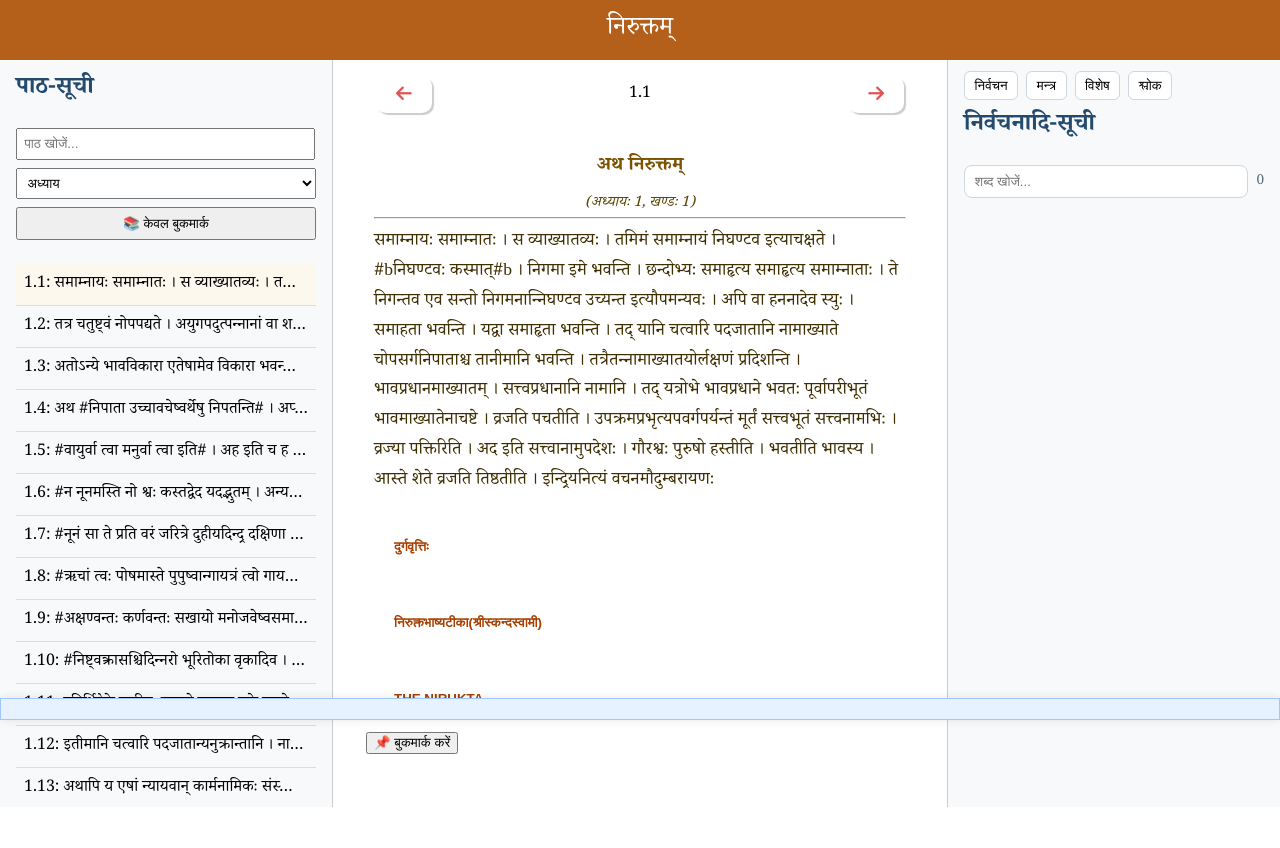
Repository: sanskritsphere/Niruktam
Page: index.html
The author's editor kept a copy of each file at every save. The page is drawn from the files as they stood at one save, then again after the next save.
The browser window is 1280 px wide. The pictures show the whole page.
Some web fonts or font styles are not loaded; a fallback is used.

Above is the page before, as saved 2025-12-04 10:40:43.

### index.html
<!DOCTYPE html>
<html lang="sa">
<head>
  <meta charset="UTF-8">
  <meta name="viewport" content="width=device-width, initial-scale=1.0">
  <title>निरुक्तम्(1.1)</title>
  <link rel="stylesheet" type="text/css" href="style.css">
  <link rel="stylesheet" href="https://cdnjs.cloudflare.com/ajax/libs/font-awesome/6.5.0/css/all.min.css">
  <link href="https://fonts.googleapis.com/css2?family=Noto+Serif+Devanagari&family=Mukta&family=Tiro+Devanagari+Sanskrit&display=swap" rel="stylesheet">
  </head>
<body>
  <div class="loader" id="loader"></div>
  <div id="header">
    <span>निरुक्तम्</span>
  </div>
  <button class="menu-toggle" onclick="toggleSidebar()">☰</button>

  <aside id="sidebar">
    <h2>पाठ-सूची</h2>
    <input id="searchInput" oninput="leftSearch()" type="text" placeholder="पाठ खोजें...">
    <select id="filterAdhyay" name="selector"><option value=""></option></select>
    <button id="filterBookmarked">📚 केवल बुकमार्क</button>
       <ul id="sutraList"></ul>
  </aside>


  <div id="tipsBox"></div>
  <main onclick="toggleSidebar(true)">
    <div id="sutraContent"></div>
  </main>

   <aside id="markSidebar">
  <h2>निर्वचनादि-सूची</h2>

  <div class="markSearch">
    <input id="markSearchInput" type="search" placeholder="शब्द खोजें..." />
    <span id="markSearchCount"></span>
  </div>

  <ul id="markList"></ul>
</aside>


 <script src="script.js" defer></script>
</body>
</html>

### script.js
// =============== STATE ===============
let data = [];
let currentIndex = 0;
let listElements = [];

const TAGS = [
  { key: '#b', label: 'निर्वचन' },  // #b(.*?)b#
  { key: '#m', label: 'मन्त्र' },   // #m(.*?)m#
  { key: '#v', label: 'विशेष' }, // #v(.*?)v#
  { key: '#s', label: 'श्लोक'}   // #s(.*?)s#
];

const termsByTag = {};               // { b:[], m:[], v:[] }
TAGS.forEach(t => termsByTag[t.key] = []);

const bookmarked = new Set();
const doubts = JSON.parse(localStorage.getItem('doubts') || '[]');

const markState = { query: "", activeTag: 'b' };  // right sidebar
const leftSearchState = { q: "" };                // left sidebar search

// सिर्फ left-labels के लिए b...b unwrap (list label generate करते समय)
const MARK_RE_B = /b(.*?)b/g;


// =============== HELPERS ===============
function normalizeNFC(s){ return (s || "").normalize("NFC"); }

function escapeHTML(s=""){
  return s.replace(/[&<>"']/g, c => ({
    '&':'&amp;','<':'&lt;','>':'&gt;','"':'&quot;',"'":'&#39;'
  }[c]));
}

function highlightLabel(label="", q=""){
  label = normalizeNFC(label);
  q = normalizeNFC(q);
  const safe = escapeHTML(label);
  if(!q) return safe;
  const re = new RegExp(q.replace(/[.*+?^${}()|[\]\\]/g, '\\$&'), 'gi');
  return safe.replace(re, m => `<span class="mark">${m}</span>`);
}

function debounce(fn, wait = 200){
  let t;
  return (...args) => { clearTimeout(t); t = setTimeout(() => fn(...args), wait); };
}

function highlightDoubts(text, doubtTexts) {
  if (!text) return '';
  let out = text;
  doubtTexts.forEach(doubt => {
    const q = normalizeNFC(doubt);
    if (!q) return;
    const re = new RegExp(`(${q.replace(/[.*+?^${}()|[\]\\]/g, '\\$&')})`, 'g');
    out = out.replace(re, '<span class="doubt-highlight">$1</span>');
  });
  return out;
}

/* ========= main content temporary highlight after click ========= */
function flashSearchInMain(query, duration = 1600){
  query = (query || "").trim();
  if (!query) return;
  const container = document.getElementById('sutraContent');
  if (!container) return;

  const qN = normalizeNFC(query).toLowerCase();

  // remove previous flashes
  container.querySelectorAll('.main-flash').forEach(span => {
    const text = document.createTextNode(span.textContent);
    const p = span.parentNode;
    if (p) p.replaceChild(text, span);
  });

  // walk text nodes and wrap matches
  const walker = document.createTreeWalker(container, NodeFilter.SHOW_TEXT, null);
  let node, firstSpan = null;

  const wrapMatchesInNode = (textNode) => {
    const original = textNode.nodeValue;
    const origN = normalizeNFC(original);
    const hay = origN.toLowerCase();

    let start = 0, idx = hay.indexOf(qN, start);
    if (idx === -1) return;

    const parent = textNode.parentNode;
    const frag = document.createDocumentFragment();
    let pos = 0;

    while (idx !== -1) {
      const absStart = idx;
      const absEnd = idx + qN.length;

      const before = original.slice(pos, absStart);
      const match  = original.slice(absStart, absEnd);

      if (before) frag.appendChild(document.createTextNode(before));

      const span = document.createElement('span');
      span.className = 'main-flash';
      span.textContent = match;
      frag.appendChild(span);
      if (!firstSpan) firstSpan = span;

      pos = absEnd;
      start = absEnd;
      idx = hay.indexOf(qN, start);
    }
    const after = original.slice(pos);
    if (after) frag.appendChild(document.createTextNode(after));

    parent.replaceChild(frag, textNode);
  };

  while ((node = walker.nextNode())) {
    if (!node.parentElement) continue;
    const tag = node.parentElement.tagName;
    if (tag === 'SCRIPT' || tag === 'STYLE') continue;
    wrapMatchesInNode(node);
  }

  if (firstSpan) {
    firstSpan.scrollIntoView({ behavior: 'smooth', block: 'center' });
  }

  setTimeout(() => {
    container.querySelectorAll('.main-flash').forEach(span => {
      const text = document.createTextNode(span.textContent);
      const p = span.parentNode;
      if (p) p.replaceChild(text, span);
    });
  }, duration);
}
/* ========= /flash ========= */

/* ========= SINGLE-PASS tag collector: b/m/v/... =========
   किसी एक replace से सारे tags पकड़ो ताकि HTML inject होने के बाद regex न बिगड़े  */
function processAllTags(str, sutraIdx, field){
  let src = str || '';
  if (!src) return { html: '' };

  const keys = TAGS.map(t => t.key); // ['b','m','v','s']
  // match pattern: #b ... #b   OR  #m ... #m  etc.
  const re = new RegExp(`#(${keys.join("|")})([\\s\\S]*?)#\\1`, "g");

  const counters = Object.fromEntries(keys.map(k => [k, 0]));

  const html = src.replace(re, (m, tagKey, inner) => {
    const i = counters[tagKey]++;
    const id = `mark-${tagKey}-${sutraIdx}-${field}-${i}`;
    const label = (inner || '').trim();

    // collect into bucket
    termsByTag[tagKey].push({ id, label, sutraIdx, field, tag: tagKey });

    // make safe visible anchor
    return `<span class="mark-anchor tag-${tagKey}" id="${id}"><b>${escapeHTML(label)}</b></span>`;
  });

  return { html };
}



// =============== RENDER: MAIN PANEL ===============
function renderSutra(index) {
  const sutra = data[index];
  if (!sutra) return;

  const doubtTexts = doubts.filter(d => d.index === sutra.index).map(d => d.text);
  const container = document.getElementById('sutraContent');
  if (!container) return;

  container.innerHTML = `
    <div class="sutra">
      <div class="sutra-btn">
        <button onclick="navigate(-1)"><i class="fas fa-arrow-left"></i></button>
        <p>${sutra.index}</p>
        <button onclick="navigate(1)"><i class="fas fa-arrow-right"></i></button>
      </div>

      <div class="section"><strong>अथ निरुक्तम्</strong>
        <div class="meta">(अध्यायः ${sutra.adhyay}, खण्डः ${sutra.khand})</div><hr>
        ${highlightDoubts(sutra.text, doubtTexts)}
      </div>

      <div class="section">
        <button class="toggle-btn" onclick="toggleExclusive('durg')">दुर्गवृत्तिः</button>
        <div id="durg" class="toggle-content"><hr>${highlightDoubts(sutra.durg, doubtTexts)}</div>
      </div>
      <div class="section">
        <button class="toggle-btn" onclick="toggleExclusive('skand')">निरुक्तभाष्यटीका(श्रीस्कन्दस्वामी)</button>
        <div id="skand" class="toggle-content"><hr>${highlightDoubts(sutra.skand, doubtTexts)}</div>
      </div>
       <div class="section">
        <button class="toggle-btn" onclick="toggleExclusive('vivaran')">THE NIRUKTA</button>
        <div id="vivaran" class="toggle-content"><hr>${highlightDoubts(sutra.vivaran, doubtTexts)}</div>
      </div>
      <button class="add-remove-bookmark" onclick="toggleBookmark(${index})">
        ${bookmarked.has(index) ? '🔖 बुकमार्क हटाएं' : '📌 बुकमार्क करें'}
      </button>
      <br><br><br><br>
    </div>
  `;

  listElements.forEach((el, i) => {
    el.classList.toggle('active', i === index);
    if (i === index) document.title = `นिरुक्त_(${sutra.index})`;
  });
}


// =============== LEFT LIST (always from plain) ===============
function populateSidebar() {
  const ul = document.getElementById('sutraList');
  if (!ul) return;

  ul.innerHTML = '';
  listElements = [];

  data.forEach((sutra, index) => {
    const base = `${sutra.index}: ${sutra.text_plain || ""}`.trim();
    const title = base;
    const label = base;

    const li = document.createElement('li');
    li.textContent = label;          // plain
    li.title = title;
    li.dataset.baseLabel = label;    // restore के लिए

    li.onclick = (e) => {
      e.stopPropagation();
      currentIndex = index;
      renderSutra(index);
      if (leftSearchState.q && leftSearchState.q.trim()) {
        setTimeout(() => flashSearchInMain(leftSearchState.q), 60);
      }
      toggleSidebar(true);
    };

    listElements.push(li);
    ul.appendChild(li);
  });
}

// master renderer: left search + adhyay + bookmark
function applyFilters() {
  const ul = document.getElementById('sutraList');
  if (!ul) return;

  const adhyayEl = document.getElementById('filterAdhyay');
  const bookmarkedBtn = document.getElementById('filterBookmarked');

  const adhyay = adhyayEl ? adhyayEl.value : "";
  const showBookmarked = bookmarkedBtn ? bookmarkedBtn.classList.contains('active') : false;

  const q = normalizeNFC((leftSearchState.q || "").toLowerCase());

  ul.innerHTML = '';

  listElements.forEach((li, i) => {
    const s = data[i];
    const passAdhyay   = (!adhyay || s.adhyay == adhyay);
    const passBookmark = (!showBookmarked || bookmarked.has(i));
    const passSearch   = (!q || (s._search || "").includes(q));

    if (passAdhyay && passBookmark && passSearch) {
      ul.appendChild(li);
    }
  });
}


// =============== RIGHT SIDEBAR (tabs + list) ===============
function buildMarkTabs(){
  const sidebar = document.getElementById('markSidebar');
  if (!sidebar) return;

  let tabs = document.getElementById('markTabs');
  if (!tabs){
    tabs = document.createElement('div');
    tabs.id = 'markTabs';
    tabs.style.display = 'flex';
    tabs.style.gap = '.5rem';
    tabs.style.marginBottom = '.5rem';
    tabs.style.flexWrap = 'wrap';
    const h2 = sidebar.querySelector('h2');
    if (h2 && h2.parentNode) h2.parentNode.insertBefore(tabs, h2);
    else sidebar.insertBefore(tabs, sidebar.firstChild);
  }

  tabs.innerHTML = '';
  TAGS.forEach(tag => {
    const btn = document.createElement('button');
    btn.className = 'mark-tab-btn';
    btn.textContent = tag.label;
    btn.dataset.tag = tag.key;
    btn.style.padding = '.35rem .6rem';
    btn.style.border = '1px solid #cfd6de';
    btn.style.borderRadius = '6px';
    btn.style.background = (markState.activeTag === tag.key) ? '#e8f0fe' : '#fff';
    btn.style.cursor = 'pointer';
    btn.setAttribute('aria-selected', markState.activeTag === tag.key ? 'true' : 'false');
    btn.onclick = () => {
      markState.activeTag = tag.key;
      buildMarkTabs();     // active style refresh
      renderMarkSidebar(); // list refresh
    };
    tabs.appendChild(btn);
  });
}

function renderMarkSidebar() {
  const ul = document.getElementById('markList');
  const countEl = document.getElementById('markSearchCount');
  if (!ul) return;

  const active = markState.activeTag || 'b';
  const source = termsByTag[active] || [];

  const q = normalizeNFC((markState.query || "").toLowerCase().trim());
  const filtered = q
    ? source.filter(t => normalizeNFC(t.label).toLowerCase().includes(q))
    : source;

  ul.innerHTML = '';

  filtered.forEach((t) => {
    const li = document.createElement('li');
    const idx = data[t.sutraIdx]?.index || '';
    li.innerHTML = `${highlightLabel(t.label, q)} <span style="opacity:.7">(${idx})</span>`;
    li.title = `${t.label} — सूक्त ${idx}`;
    li.onclick = (e) => {
      e.stopPropagation();
      currentIndex = t.sutraIdx;
      renderSutra(currentIndex);
      if (markState.query && markState.query.trim()) {
        setTimeout(() => flashSearchInMain(markState.query), 60);
      }
      setTimeout(() => {
        const el = document.getElementById(t.id);
        if (el) {
          el.classList.add('flash');
          el.scrollIntoView({ behavior: 'smooth', block: 'center' });
          setTimeout(() => el.classList.remove('flash'), 1500);
        }
      }, 50);
    };
    ul.appendChild(li);
  });

  if (countEl) countEl.textContent = String(filtered.length || 0);
}


// =============== FILTERS / NAV / TOGGLES ===============
function updateFilters() {
  const adhyaySet = new Set();
  data.forEach(s => adhyaySet.add(s.adhyay));
  const sel = document.getElementById('filterAdhyay');
  if (!sel) return;
  sel.innerHTML = '<option value="">अध्याय</option>' + [...adhyaySet].map(a => `<option>${a}</option>`).join('');
}

function navigate(offset) {
  const newIndex = currentIndex + offset;
  if (newIndex >= 0 && newIndex < data.length) {
    currentIndex = newIndex;
    renderSutra(currentIndex);
  }
}

function toggleBookmark(index) {
  bookmarked.has(index) ? bookmarked.delete(index) : bookmarked.add(index);
  renderSutra(index);
  applyFilters();
}

function toggleSidebar(forceClose = null) {
  const aside = document.getElementById('sidebar');
  if (!aside) return;
  if (forceClose === true) aside.classList.remove('open');
  else if (forceClose === false) aside.classList.add('open');
  else aside.classList.toggle('open');
}

function toggleExclusive(idToShow) {
  ['durg', 'skand', 'vivaran'].forEach(id => {
    const el = document.getElementById(id);
    if (!el) return;
    el.style.display = id === idToShow && el.style.display !== 'block' ? 'block' : 'none';
  });
}


// =============== UI WIRING (bind after DOMContentLoaded) ===============
function wireUI(){

  // LEFT sidebar search input (always from plain dataset)
  const input = document.getElementById("searchInput");
  if (input){
    input.addEventListener('input', function() {
      leftSearchState.q = input.value || "";

      const filter = input.value.normalize("NFC").toUpperCase();
      const ul = document.getElementById("sutraList");
      const li = ul.getElementsByTagName("li");

      for (let i = 0; i < li.length; i++) {
        const base = (li[i].dataset.baseLabel || li[i].textContent || "").normalize("NFC");
        const idx = base.toUpperCase().indexOf(filter);

        if (idx > -1) {
          li[i].style.display = "";
          const before = base.slice(0, idx);
          const middle = base.slice(idx, idx + filter.length);
          const after  = base.slice(idx + filter.length);
          li[i].innerHTML = `${before}<span class="chihnit">${middle}</span>${after}`;
        } else {
          li[i].style.display = "none";
          li[i].textContent = base; // restore plain
        }
      }
    });
  }

  // Filters wiring
  const adhyaySelect = document.getElementById('filterAdhyay');
  if (adhyaySelect) adhyaySelect.onchange = applyFilters;

  const bookmarkedBtnEl = document.getElementById('filterBookmarked');
  if (bookmarkedBtnEl){
    bookmarkedBtnEl.onclick = function () {
      this.classList.toggle('active');
      applyFilters();
    };
  }

  // RIGHT sidebar search input
  const markSearchInput = document.getElementById('markSearchInput');
  if (markSearchInput){
    markState.query = ""; // init
    markSearchInput.addEventListener('input', debounce(e => {
      markState.query = e.target.value || "";
      renderMarkSidebar();
    }, 150));
  }

  // Build right tabs initially
  buildMarkTabs();
}


// =============== FETCH + PROCESS ===============
document.addEventListener('DOMContentLoaded', () => {
  wireUI();  // DOM ready

  fetch("data.json")
    .then(res => res.json())
    .then(json => {
      // reset buckets each load
      TAGS.forEach(t => { termsByTag[t.key] = []; });

      data = json.niruktam.map((item, i) => {
        // Plain versions for LEFT labels/search (strip all tags + unwrap b/m/v)
        const rawText  = item.text  || "";
        const rawDurg  = item.durg  || "";
        const rawSkand = item.skand || "";
        const rawVivaran = item.vivaran || "";

        const stripAll = s => (s || "")
          .replace(/<[^>]*>/g, "")
          .replace(/b(.*?)b/g, (_, p1)=> (p1||"").trim())
          .replace(/m(.*?)m/g, (_, p1)=> (p1||"").trim())
          .replace(/v(.*?)v/g, (_, p1)=> (p1||"").trim());

        const text_plain  = stripAll(rawText);
        const durg_plain  = stripAll(rawDurg);
        const skand_plain = stripAll(rawSkand);
        const vivaran_plain = stripAll(rawVivaran);

        // Left search key from plain text
        const searchKey = normalizeNFC((item.index + ': ' + text_plain)).toLowerCase();

        // Main HTML with anchors for ALL configured tags (single-pass)
        const pText  = processAllTags(item.text,  i, 'text');
        const pDurg  = processAllTags(item.durg,  i, 'durg');
        const pSkand = processAllTags(item.skand, i, 'skand');
        const pVivaran = processAllTags(item.vivaran, i, 'vivaran');

        return {
          ...item,
          text:  pText.html,
          durg:  pDurg.html,
          skand: pSkand.html,
          vivaran: pVivaran.html,
          text_plain,
          durg_plain,
          skand_plain,
          vivaran_plain,
          _search: searchKey
        };
      });

      // Left list + filters
      populateSidebar();
      updateFilters();
      applyFilters();

      // Main + Right side
      renderSutra(currentIndex);
      renderMarkSidebar();

      const loader = document.getElementById('loader');
      if (loader) loader.style.display = 'none';
    })
    .catch(err => {
      const cont = document.getElementById('sutraContent');
      if (cont) cont.innerText = 'Error loading data: ' + err.message;
      const loader = document.getElementById('loader');
      if (loader) loader.style.display = 'none';
    });
});

Loaded but not shown: data.json (4814 lines, source omitted); style.css (303 lines, source omitted)

After the next save:
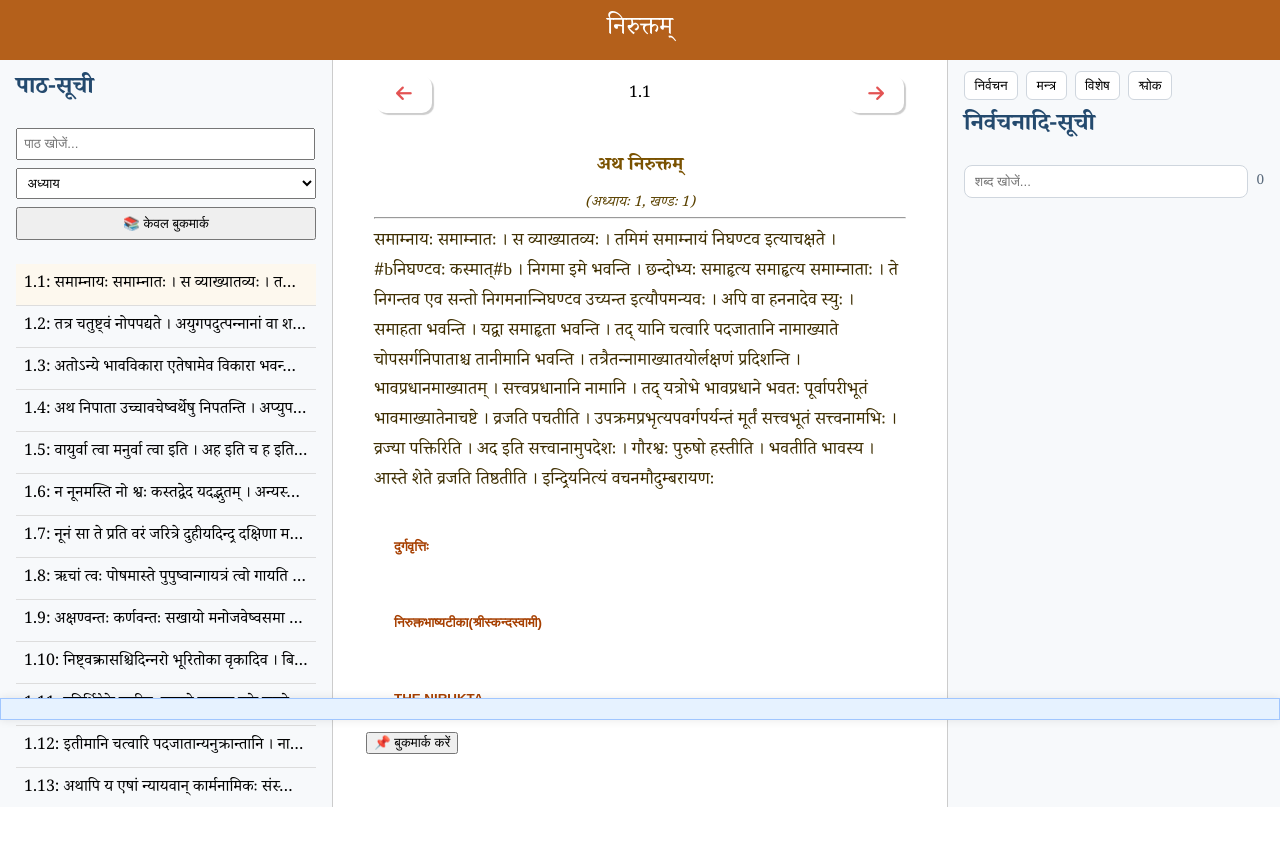
Saved 58 s later.
--- a/script.js
+++ b/script.js
@@ -472,10 +472,11 @@
         const rawVivaran = item.vivaran || "";
 
         const stripAll = s => (s || "")
-          .replace(/<[^>]*>/g, "")
-          .replace(/b(.*?)b/g, (_, p1)=> (p1||"").trim())
-          .replace(/m(.*?)m/g, (_, p1)=> (p1||"").trim())
-          .replace(/v(.*?)v/g, (_, p1)=> (p1||"").trim());
+  .replace(/<[^>]*>/g, "")
+  .replace(/#b([\s\S]*?)#b/g, (_, p1)=> (p1||"").trim())
+  .replace(/#m([\s\S]*?)#m/g, (_, p1)=> (p1||"").trim())
+  .replace(/#v([\s\S]*?)#v/g, (_, p1)=> (p1||"").trim())
+  .replace(/#s([\s\S]*?)#s/g, (_, p1)=> (p1||"").trim());
 
         const text_plain  = stripAll(rawText);
         const durg_plain  = stripAll(rawDurg);

After the save that followed:
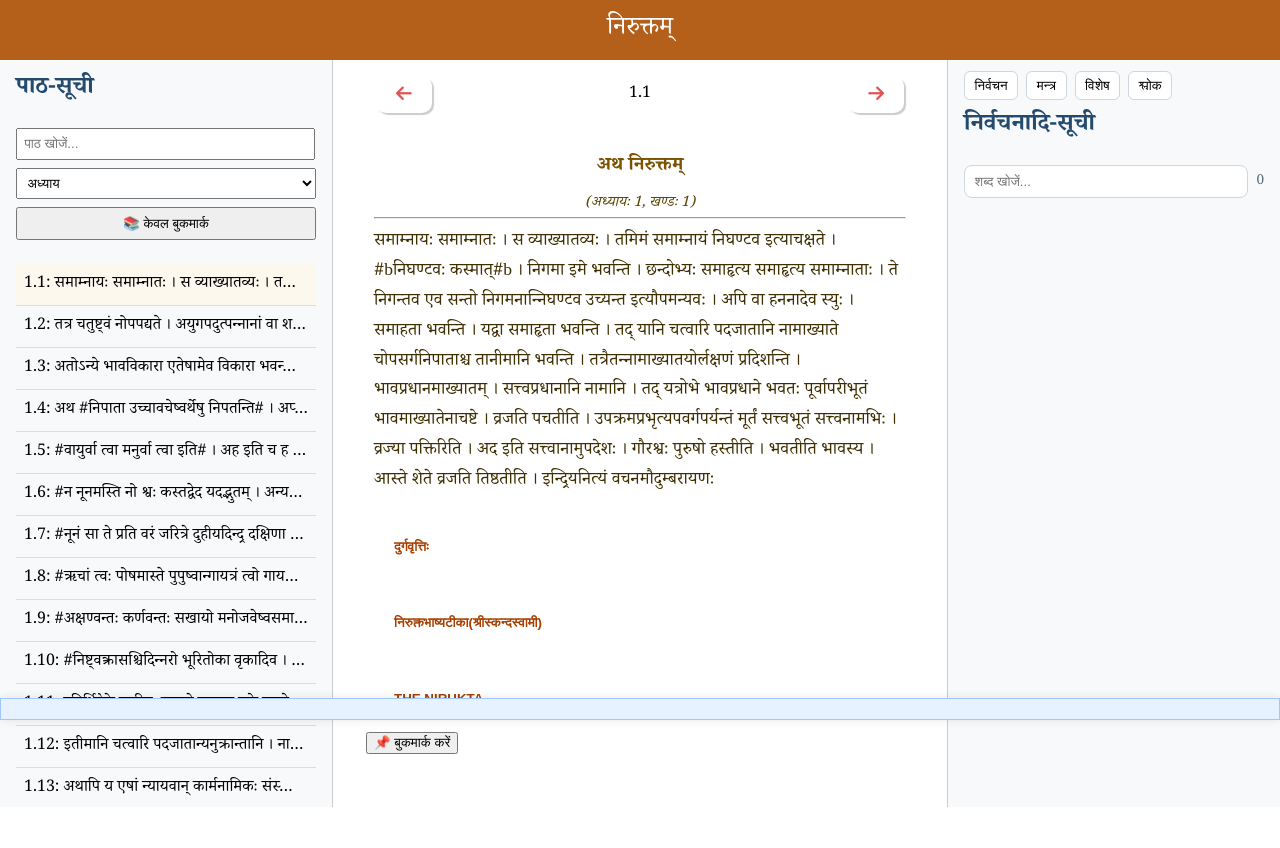
Saved 13 s later.
--- a/script.js
+++ b/script.js
@@ -472,11 +472,10 @@
         const rawVivaran = item.vivaran || "";
 
         const stripAll = s => (s || "")
-  .replace(/<[^>]*>/g, "")
-  .replace(/#b([\s\S]*?)#b/g, (_, p1)=> (p1||"").trim())
-  .replace(/#m([\s\S]*?)#m/g, (_, p1)=> (p1||"").trim())
-  .replace(/#v([\s\S]*?)#v/g, (_, p1)=> (p1||"").trim())
-  .replace(/#s([\s\S]*?)#s/g, (_, p1)=> (p1||"").trim());
+          .replace(/<[^>]*>/g, "")
+          .replace(/b(.*?)b/g, (_, p1)=> (p1||"").trim())
+          .replace(/m(.*?)m/g, (_, p1)=> (p1||"").trim())
+          .replace(/v(.*?)v/g, (_, p1)=> (p1||"").trim());
 
         const text_plain  = stripAll(rawText);
         const durg_plain  = stripAll(rawDurg);
